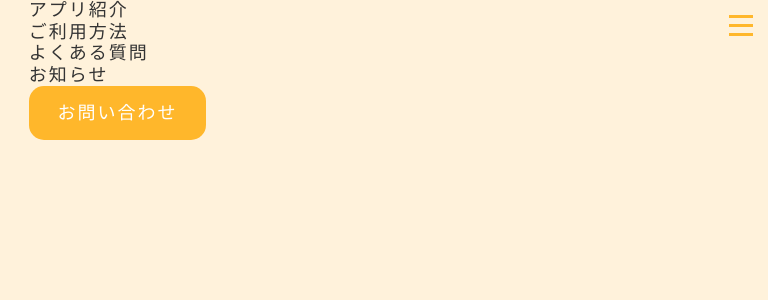
Repository: nozomi-23/lp2_test
Page: index.html
These files come from the project's save history. The page is drawn as it stood at one moment and after a run of saves; the edit follows.
The browser window is 768 px wide. The pictures show the window.
A layer covers the whole window, so only the first screen is drawn. Some web fonts or font styles are not loaded; a fallback is used.

Above is the page before, as saved 2022-06-19 15:59:25.

### index.html
<!DOCTYPE html>
<html lang="ja">
<head>
  <meta charset="UTF-8">
  <title>家計簿アプリ「N-MONEY」</title>
  <meta name="description" content="「人生をコードと共に」というビジョンを達成するべく、皆さんのプログラミング学習をサポートします。">
  <meta name="keywords" content="家計簿,アプリ,おすすめ">
  <meta name="viewport" content="width=device-width, initial-scale=1.0">
  <meta property="og:title" content="家計簿アプリ「N-MONEY」">
  <meta property="og:type" content="article">
  <meta property="og:url" content="https://withcode-plus.tech">
  <meta property="og:image" content="img/logo.png">
  <meta property="og:description" content="カンタン家計簿アプリ 「N-MONEY」でお得に楽に家計管理。">
  <meta property="og:site_name" content="家計簿アプリ">
  <link rel="icon" href="favicon.ico">
  <link rel="apple-touch-icon" sizes="180x180" href="img/logo.png">
  <link rel="preconnect" href="https://fonts.googleapis.com">
  <link rel="preconnect" href="https://fonts.gstatic.com" crossorigin>
  <link
    href="https://fonts.googleapis.com/css2?family=M+PLUS+1p:wght@400;500;700&family=Noto+Sans+JP:wght@400;500&display=swap"
    rel="stylesheet">
  <link rel="stylesheet" type="text/css" href="css/reset.css">
  <link rel="stylesheet" type="text/css" href="css/common.css">
</head>
<body>
  <!-- ========== header -->
  <header>
    <div class="header_inner">
      <h1 class="header_logo">
        <a href="#"><img src="img/logo.png" alt="ロゴ画像"></a>
      </h1>
      <nav class="header_nav">
        <ul class="header_list">
          <li class="header_item">
            <a href="#introduction">アプリ紹介</a>
          </li>
          <li class="header_item">
            <a href="#how">ご利用方法</a>
          </li>
          <li class="header_item">
            <a href="#fqa">よくある質問</a>
          </li>
          <li class="header_item">
            <a href="#news">お知らせ</a>
          </li>
          <li class="header_item heder_btn">
            <a href="#contact">お問い合わせ</a>
          </li>
        </ul>
      </nav>
      <div class="drawer"></div>
    </div>
  </header>
  <!-- ========== top -->
  <section class="top_section">
    <div class="inner">
      <div class="top_wrapper">
        <div class="top_left">
          <h2 class="title">
            <p>〜 簡単家計簿アプリ 〜</p><br>
            <span>N-MONEY Mobile</span>
          </h2>
          <div class="download">
            <div class="download_apple">
              <a href="https://www.apple.com/jp/app-store/">
                <img src="img/apple.png" alt="Apple Store">
              </a>
            </div>
            <div class="download_google">
              <a href="https://play.google.com/store/apps?hl=ja&gl=US">
                <img src="img/google.png" alt="Google Store">
              </a>
            </div>
          </div>
        </div>
        <div class="top_right">
          <img src="img/top.png" alt="トップ画像">
        </div>
      </div>
    </div>
  </section>
    <!-- ========== feature -->
    <div class="inner">
      <div class="feature_txt">
        <h3 class="feature_ttl">家でも外でもラクラク管理<br>
        N-MOMEY Mobileとは</h3>
        <p>N-MOMEY
        Mobileとはご自宅でも外出先でも簡単に家計を管理できるサービスです。カテゴリ別の支出、予算管理だけでなくクレジットカードの連結により、レジでのお支払い・支出管理を自動で更新してくれます。予算に対してのお知らせ機能で使いすぎを防ぎます。めんどくさい計算・管理はN-MOMEY
        Mobileにおまかせください!</p>
      </div>
    </div>
<!-- ========== Introduction -->
<section class="intro section" id="introduction">
  <div class="inner">
    <h4 class="common_ttl common_ttl_color">アプリ紹介<br><small>Introduction</small></h4>
    <div class="intro_wrapper">
      <div class="intro_wrapper_left">
        <h5 class="intro_txt"><strong>STEP.1</strong><br>
          いつでもどこでもカンタン管理！</h5>
          <p>レシートの管理が大変・・<br>
          いつ支払ったか忘れてしまった・・<br>
          そんなお悩みをすぐに解決します！支払ったらスマホにすぐ記入、カンタンな操作でカテゴリや日付の管理でめんどくさい家計管理のお手伝いをします。</p>
      </div>
      <div class="intro_wrapper_right">
        <img src="img/step1.png" alt="スマートフォンの画像">
      </div>
    </div>
    <div class="intro_wrapper intro_wrapper_revers">
      <div class="intro_wrapper_left ">
        <h5 class="intro_txt"><strong>STEP.2</strong><br>
          お知らせ機能で節約上手！</h5>
        <p>予算を登録していただくと自動で計算し残高をお知らせ致します。お得なクーポンや節約コラムなども掲載しているのでどんどん活用して節約上手になっちゃいましょう！ご自身の節約術などもコミュニティにアップできます！
          </p>
      </div>
      <div class="intro_wrapper_right">
        <img src="img/step2.png" alt="スマートフォンの画像">
      </div>
    </div>
    <div class="intro_wrapper">
      <div class="intro_wrapper_left">
        <h5 class="intro_txt"><strong>STEP.3</strong><br>
          スマートフォン決済も！</h5>
        <p>クレジットカードと連携していただけるとアプリ一つで決済から家計簿への記入まで一括でおこなえます。
        N-MOMEYポイントも貯まるお得機能!<br>
        貯まったポイントは100ポイント1円からご利用いただけます。</p>
      </div>
      <div class="intro_wrapper_right">
        <img src="img/step3.png" alt="スマートフォンの画像">
      </div>
    </div>
  </div>
</section>
<!-- ========== how -->
<section class="how section" id="how">
  <div class="inner">
    <h4 class="common_ttl">ご利用方法<br><small>How to Use</small></h4>
    <div class="how_wrapper">
      <div class="how_wrapper_item">
        <h5>iOS</h5>
        <ul class="how_list">
          <li>1.Apple Store</li>
          <p>▼</p>
          <li>2.N-MOMEYと検索</li>
          <p>▼</p>
          <li>3.アプリをダウンロード</li>
          <p>▼</p>
          <li>4.アカウント登録</li>
          <p>▼</p>
          <li>5.クレジットカード登録(任意)</li>
        </ul>
      </div>
      <div class="how_wrapper_item">
        <h5>Android</h5>
        <ul class="how_list">
          <li>1.Google Store</li>
          <p>▼</p>
          <li>2.N-MOMEYと検索</li>
          <p>▼</p>
          <li>3.アプリをダウンロード</li>
          <p>▼</p>
          <li>4.アカウント登録</li>
          <p>▼</p>
          <li>5.クレジットカード登録(任意)</li>
        </ul>
      </div>
    </div>
  </div>
</section>
<!-- ========== fqa -->
<section class="fqa section" id="fqa">
  <div class="fqa_wrapper">
    <h4 class="common_ttl">よくある質問<br><small>Q&A</small></h4>
    <div class="faa_inner">
      <ul class="faq_txt">
        <li>Q.利用料金はかかりますか？</li>
        <p><strong>A.</strong>全て無料でご利用いただけます。正しクレジットカードを連携の際はご利用した分のご請求がございます。</p>
        <li>Q.利用料金はかかりますか？</li>
        <p><strong>A.</strong>全て無料でご利用いただけます。正しクレジットカードを連携の際はご利用した分のご請求がございます。</p>
        <li>Q.利用料金はかかりますか？</li>
        <p><strong>A.</strong>全て無料でご利用いただけます。正しクレジットカードを連携の際はご利用した分のご請求がございます。</p>
        <li>Q.利用料金はかかりますか？</li>
        <p><strong>A.</strong>全て無料でご利用いただけます。正しクレジットカードを連携の際はご利用した分のご請求がございます。</p>
        <li>Q.利用料金はかかりますか？</li>
        <p><strong>A.</strong>全て無料でご利用いただけます。正しクレジットカードを連携の際はご利用した分のご請求がございます。</p>
      </ul>
      <div class="btn">
        <a href="#">その他の質問</a>
      </div>
    </div>
  </div>
</section>
<!-- ========== news -->
<section class="news section" id="news">
  <div class="news_wrapper">
    <h4 class="common_ttl">お知らせ<br><small>News</small></h4>
    <div class="news_inner">
      <ul class="news_txt">
        <li><span>2022.6.1</span>お得クーポン配布開始</li>
        <p>提携企業拡大キャンペーンにあたって今だけクーポン大量配布します!</p>
        <li><span>2022.6.1</span>お得クーポン配布開始</li>
        <p>提携企業拡大キャンペーンにあたって今だけクーポン大量配布します!</p>
        <li><span>2022.6.1</span>お得クーポン配布開始</li>
        <p>提携企業拡大キャンペーンにあたって今だけクーポン大量配布します!</p>
        <li><span>2022.6.1</span>お得クーポン配布開始</li>
        <p>提携企業拡大キャンペーンにあたって今だけクーポン大量配布します!</p>
        <li><span>2022.6.1</span>お得クーポン配布開始</li>
        <p>提携企業拡大キャンペーンにあたって今だけクーポン大量配布します!</p>
        <li><span>2022.6.1</span>プレリリース</li>
        <p>N-MOMEYアプリ&emsp;正式リリースしました</p>
        <li><span>2022.6.1</span>プレリリース</li>
        <p>N-MOMEYアプリ&emsp;正式リリースしました</p>
      </ul>
    </div>
  </div>
</section>
<!-- ========== contact -->
<section class="contact section" id="contact">
  <div class="btn">
    <a href="#">お問い合わせ</a>
  </div>
</section>
<!-- ========== footer -->
<footer>
  <div class="footer_innre">
    <div class="footer_logo_wrapper">
        <a href="#" class="footer_logo">
          <img src="img/logo.png" alt="ロゴ画像">
        </a>
        <a href="https://twitter.com/nomoko_423" class="footer_sns">
          <img src="img/twitter.png" alt="Twitter画像">
        </a>
    </div>
    <div class="footer_list">
      <ul>
        <li><a href="#introduction">アプリ紹介</li></a>
      </ul>
      <ul>
        <li><a href="#how">ご利用方法</li></a>
        <li><a href="fqa">よくある質問</li></a>
      </ul>
      <ul class="footer_list_border">
        <li><a href="#">ご利用規約</li></a>
        <li><a href="#">プライバシーポリシー</li></a>
        <li><a href="#">特定商法取引に基づく表記</li></a>
      </ul>
    </div>
    <p>mail : n-money@gmail.com</p>
    <p>©︎ 2022 n-money.All Rights Reserved</p>
  </div>
</footer>
</body>
</html>

### css/reset.css
@charset "UTF-8";

html,
body,
div,
span,
object,
iframe,
h1,
h2,
h3,
h4,
h5,
h6,
p,
blockquote,
pre,
abbr,
address,
cite,
code,
del,
dfn,
em,
img,
ins,
kbd,
q,
samp,
small,
strong,
sub,
sup,
var,
b,
i,
dl,
dt,
dd,
ol,
ul,
li,
fieldset,
form,
label,
legend,
table,
caption,
tbody,
tfoot,
thead,
tr,
th,
td,
article,
aside,
canvas,
details,
figcaption,
figure,
footer,
header,
hgroup,
menu,
nav,
section,
summary,
time,
mark,
audio,
video {
  margin: 0;
  padding: 0;
  border: 0;
  outline: 0;
  font-size: 100%;
  vertical-align: baseline;
  background: transparent;
}

body {
  line-height: 1;
}

article,
aside,
details,
figcaption,
figure,
footer,
header,
hgroup,
menu,
nav,
section {
  display: block;
}

nav ul {
  list-style: none;
}

blockquote,
q {
  quotes: none;
}

blockquote:before,
blockquote:after,
q:before,
q:after {
  content: '';
  content: none;
}

a {
  margin: 0;
  padding: 0;
  font-size: 100%;
  vertical-align: baseline;
  background: transparent;
}

/* change colours to suit your needs */
ins {
  background-color: #ff9;
  color: #000;
  text-decoration: none;
}

/* change colours to suit your needs */
mark {
  background-color: #ff9;
  color: #000;
  font-style: italic;
  font-weight: bold;
}

del {
  text-decoration: line-through;
}

abbr[title],
dfn[title] {
  border-bottom: 1px dotted;
  cursor: help;
}

table {
  border-collapse: collapse;
  border-spacing: 0;
}

/* change border colour to suit your needs */
hr {
  display: block;
  height: 1px;
  border: 0;
  border-top: 1px solid #cccccc;
  margin: 1em 0;
  padding: 0;
}

input,
select {
  vertical-align: middle;
}

### css/common.css
@charset "UTF-8";

body {
  font-size: 18px;
  line-height: 1.2;
  letter-spacing: 2px;
  word-break: break-all;
  color: #555;
  font-family: 'M PLUS 1p', sans-serif ,
  'Noto Sans JP', sans-serif;
}
li {
  list-style: none;
}
a {
  text-decoration: none;
  color: #333;
}
/* ===================
共通レイアウト
======================*/
.section {
  padding: 7% 0;
  position: relative;
}
.inner {
  width: 80%;
  margin: 0 auto;
  /* background-color: rgb(221, 240, 240); */
}
/* ===================
共通パーツ
======================*/
.common_ttl {
  text-align: center;
  color: #5A5757;
  font-size: 2.7rem;
  margin-bottom: 6.5%;
}
.common_ttl small {
  font-size: 1.1rem;
}

.btn {
  text-align: center;
  border-radius: 5px;
  background-color: #FFB72B;
  width: 20%;
  margin: 0 auto;
  line-height: 3.5;
}
.btn a {
  display: block;
  color: #fff;
  width: 100%;
  height: 100%;
}
.btn:hover {
  opacity: 0.5;
}
/* ===================
header
======================*/
.header_inner {
  width: 90%;
  height: 15vh;
  margin: 0 auto;
  display: flex;
  justify-content: space-between;
  align-items: center;
}
/* .header_logo {
  position: fixed;
  top: 1rem;
  z-index: 3;
} */
.header_logo img {
  width: 100%;
  height: 100%;
}
.header_nav {
  margin-left: auto;
}
.header_list {
  display: flex;
  justify-content: flex-end;
  align-items: center;
}
.header_list li {
  margin-left: 1.8rem;
}
.header_list li a:hover {
  opacity: 0.5;
}
.heder_btn a{
  background: #FFB72B;
  color: #fff;
  line-height: 3;
  border-radius: 15px;
  display: inline-block;
  padding: 0 1.8rem;
}
/* ===================
top
======================*/
.top_wrapper {
  margin-top: 10%;
  height: auto;
  display: flex;
  justify-content: space-evenly;
  align-items: center;
}
.top_left {
  text-align: center;
  width: 50%;
  height: auto;
}
.title p{
  font-size: 1.7rem;
  font-weight: 400;
  margin-bottom: 2%;
  color: #333;
}
.title span {
  font-size: 3.5rem;
  color: #FFB72B;
  font-weight: bold;
}
.download {
  display: flex;
  align-items: center;
  justify-content: space-evenly;
  margin-top: 10%;
}
.download_apple {
  width: 35%;
}
.download_apple img {
  width: 100%;
  height: 100%;
}
.download_google {
  width: 35%;
}
.download_google img {
  width: 100%;
  height: 100%;
}
.top_right {
  width: 42%;
  height: auto;
}
.top_right img {
  width: 100%;
  height: 100%;

}
/* ===================
feature
======================*/
.feature_txt {
  width: 90%;
  margin-bottom: 10%;
}
.feature_ttl {
  font-size: 1.9rem;
  color: #FFB72B;
  font-weight: 400;
  margin: 5% 0 2% 0;
  line-height: 1.5;
}
.feature_ttl::after {
  content: "";
  display: inline-block;
  width: 100px;
  height: 2px;
  background: #FFB72B;
  margin-left: 2%;
  vertical-align: middle;
}
.feature_txt p {
  color: #333;
}
/* ===================
Introduction
======================*/
.intro {
  background: linear-gradient(180deg, #FFAD23 27.08%, rgba(255, 173, 35, 0) 100%);
}
.common_ttl_color {
  color: #fff;
}
.intro_wrapper {
  width: 90%;
  height: 60vh;
  display: flex;
  align-items: center;
  justify-content: space-evenly;
  background: #fff;
  border-radius: 25px;
  margin: 0 auto;
  padding: 3% 0;
  margin-bottom: 10%;
}
.intro_wrapper_left {
  width: 45%;
  height: auto;
}
.intro_txt {
  font-size: 1.5rem;
  font-weight: 500;
  margin-bottom: 8%;
}
.intro_txt strong {
  font-weight: bold;
  color: #FFB72B;
  font-size: 1.8rem;
  margin-top: 1rem;
  line-height: 2;
}
.intro_wrapper_right {
width: 35%;
height: auto;
text-align: center;
}
.intro_wrapper_right img {
  max-width: 90%;

}
.intro_wrapper_revers {
  display: flex;
  flex-direction: row-reverse;
}
/* ===================
how
======================*/
.how_wrapper {
  width: 90%;
  margin: 0 auto;
  display: flex;
  justify-content: space-between;
}
.how_wrapper_item {
  width: 40%;
  text-align: center;
  border: 1px solid #EB9515;
  border-radius: 20px;
  padding: 5% 0 8% 0;
}
.how_wrapper_item h5{
  color: #FFB72B;
  font-size: 1.8rem;
  margin-bottom: 10%;
}
.how_list li {
  display: inline-block;
  padding: 2%;
  border-bottom: solid 1px #555;
}
.how_list p {
  margin: 5% 0;
}
/* ===================
fqa
======================*/
.fqa {
  background: linear-gradient(180deg, rgba(255, 173, 35, 0) 0%, #FFAD23 90.1%);
}
.fqa_wrapper {
  width: 85%;
  margin: 0 auto;
}
.faa_inner {
  background: #fff;
  border-radius: 25px;
  padding: 8% ;
}
.faq_txt {
  margin-bottom: 15%;
}
.faq_txt li {
  margin-bottom: 1.2rem;
}
.faq_txt p {
  margin-bottom: 1.2rem;
}
.faq_txt p strong {
  color: #FFAD23;
  font-weight: normal;
}
/* ===================
news
======================*/
.news {
  background: #FFF2DB;
}
.news_wrapper {
  width: 85%;
  margin: 0 auto;
}
.news_inner {
  background: #fff;
  border-radius: 25px;
  padding: 8%;
}
.news_txt li {
  margin-bottom: 1.2rem;
}
.news_txt li span {
  color: #FFAD23;
  margin-right: 1rem;
}
.news_txt p {
  margin-bottom: 1.2rem;
}
/* ===================
contact
======================*/
.contact {
  padding: 15% 0;
}
/* ===================
footer
======================*/
footer {
  background: #CB9436;
  padding: 2%;
}
.footer_logo_wrapper {
  display: flex;
  align-items: center;
}
.footer_logo {
  width: 5%;
}
.footer_sns {
  width: 5%;
  margin-left: 5%;
}
.footer_sns img {
  width: 100%;
}
.footer_sns:hover {
  opacity: 0.5;
}
.footer_list {
  display: flex;
  justify-content: space-evenly;
  margin: 6% 0;
}
.footer_list li {
  margin-bottom: 0.5rem;
}
.footer_list li a {
  color: #fff;
}
.footer_list_border {
  border-left: solid 2px #fff;
  padding-left: 1rem;
}
.footer_list_border li:nth-of-type(3) {
  margin: unset;
}
.footer_innre p {
  color: #fff;
  font-size: 15px;
  text-align: center;
}
/* ===================
レスポンシブ  1024px
======================*/
@media screen and (max-width: 1024px){
  .title p {
    font-size: 1.2rem;
  }
  .title span {
    font-size: 2.8rem;
  }
}
/* ===================
レスポンシブ  768px
======================*/
@media screen and (max-width: 768px) {
  .header_logo {
    position: fixed;
    top: 1rem;
    z-index: 3;
    }
  .title p {
    font-size: 1rem;
  }
  .title span {
    font-size: 2rem;
  }
  .intro_wrapper {
    display: block;
  }
  .intro_wrapper_left {
  width: 75%;
  margin: 0 auto;
  }
  .intro_wrapper_left p{
    margin-bottom: 8%;
  }
  .intro_wrapper_right {
    width: 75%;
    margin: 0 auto;
  }
  .intro_wrapper_right img {
    width: 55%;
    object-fit: cover;
  }
  .how_wrapper {
    display: block;
  }
  .how_wrapper_item {
    width: 75%;
    margin: 0 auto;
    margin-bottom: 10%;
  }
  .btn {
    width: 35%;
  }
  .footer_logo_wrapper {
    margin: 0 auto;
    display: block;
    width: 5%;
  }
  .footer_logo {
    display: none;
  }
  /* =====ハンバーガー＝＝＝＝ */
    header .drawer {
      visibility: visible;
      width: 24px;
      height: 24px;
      position: absolute;
      top: 15px;
      right: 15px;
      border-top: solid 3px #FFB72B;
      cursor: pointer;
      z-index: 100;
    }
    header .drawer::before,
    header .drawer::after {
      content: "";
      display: block;
      position: absolute;
      width: 24px;
      top: 0;
      right: 0;
      border-top: solid 3px #FFB72B;
      transition: all 0.5s;
    }
    header .drawer::before {
      top: 6px;
    }
    header .drawer::after {
      top: 15px;
    }
    .header_nav {
      position: fixed;
      width: 100%;
      height: 100%;
      top: 0;
      left: 0%;
      background: #FFF2DB;
      z-index: 50;
    }
    .header_nav ul {
      display: block;
    }
      .header_nav ul
}

After the next 3 saves:
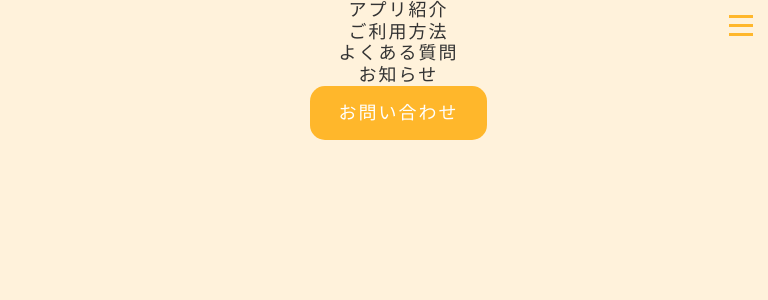
The 3 saves are shown as one change because they came seconds apart.
The last was saved 9 s later.
--- a/css/common.css
+++ b/css/common.css
@@ -470,5 +470,7 @@
     .header_nav ul {
       display: block;
     }
-      .header_nav ul
-}
+      .header_nav ul li {
+        text-align: center;
+      }
+}

After the 3 saves that followed:
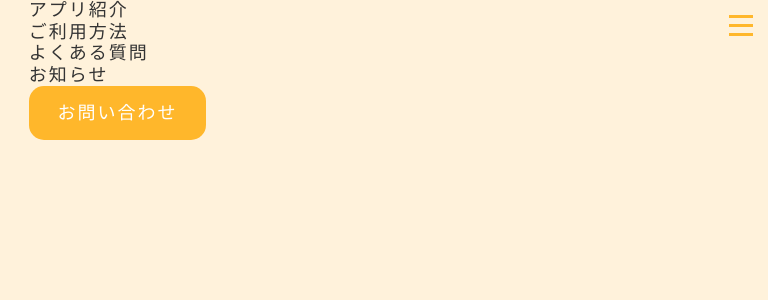
The 3 saves are shown as one change because they came seconds apart.
The last was saved 32 s later.
--- a/css/common.css
+++ b/css/common.css
@@ -471,6 +471,6 @@
       display: block;
     }
       .header_nav ul li {
-        text-align: center;
+        margin: ;
       }
 }
